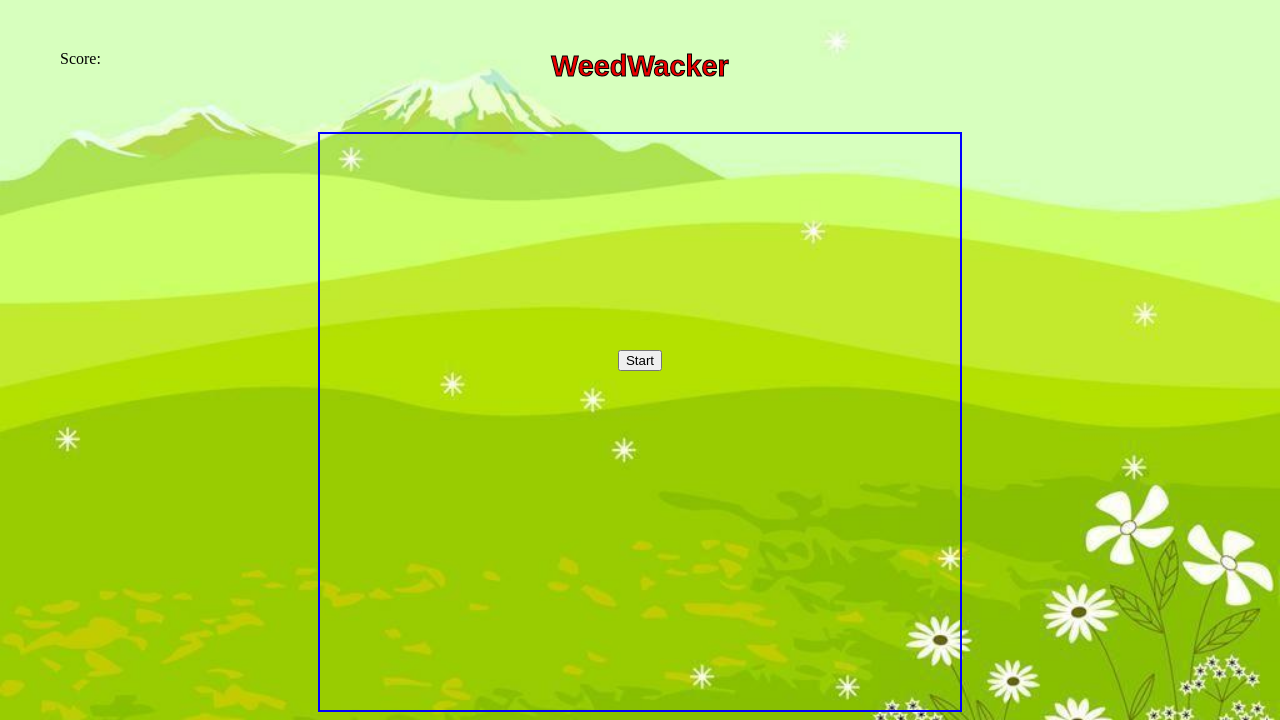
Repository: AustinW24/weedwacker
Page: index.html
An editor plug-in stored every save of this project. The page is shown before and after the next save, followed by the edit.
The browser window is 1280 px wide. The pictures show the whole page.
Some web fonts or font styles are not loaded; a fallback is used.

Above is the page before, as saved 2022-02-09 09:57:10.

After the next save:
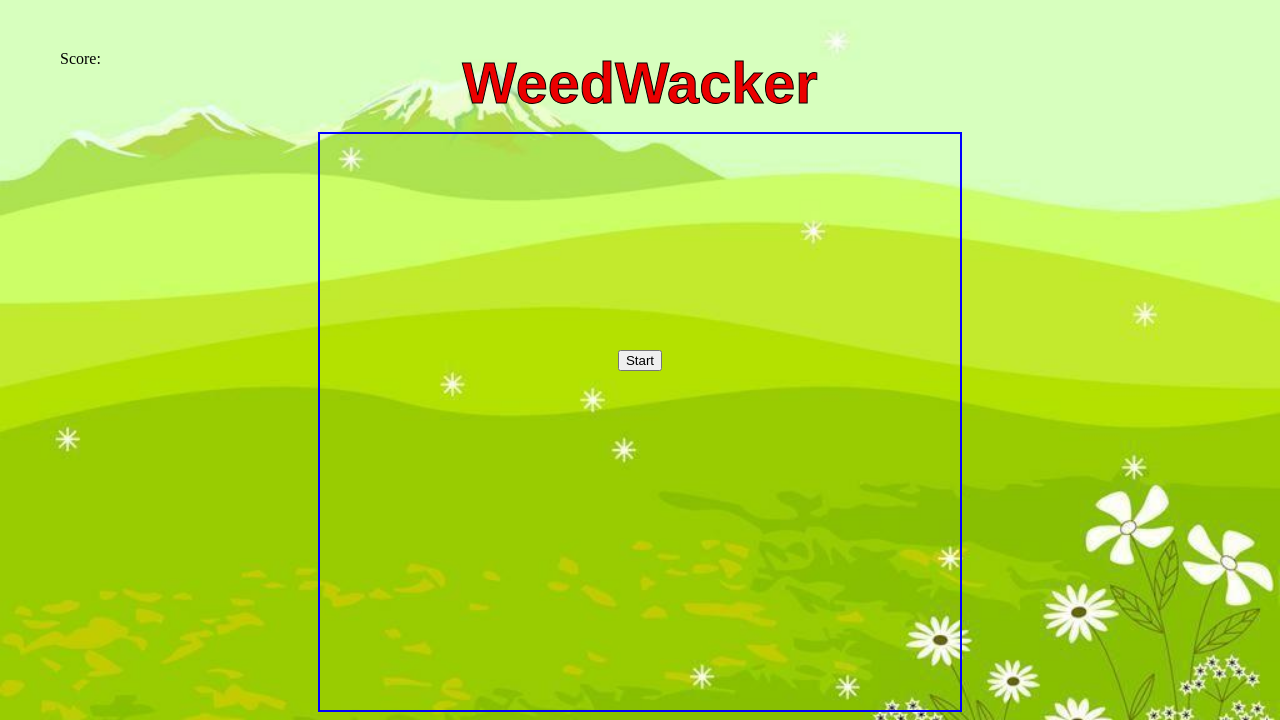
Saved 5 s later.
--- a/style.css
+++ b/style.css
@@ -39,7 +39,7 @@
     font-family: 'Common Pixel', sans-serif;
     color: rgb(235, 0, 0);
     font-size: 2vw;
-    font-size: 2vh;
+    font-size: 4vh;
     -webkit-text-stroke-width: 1px;
     -webkit-text-stroke-color: black;
 }
